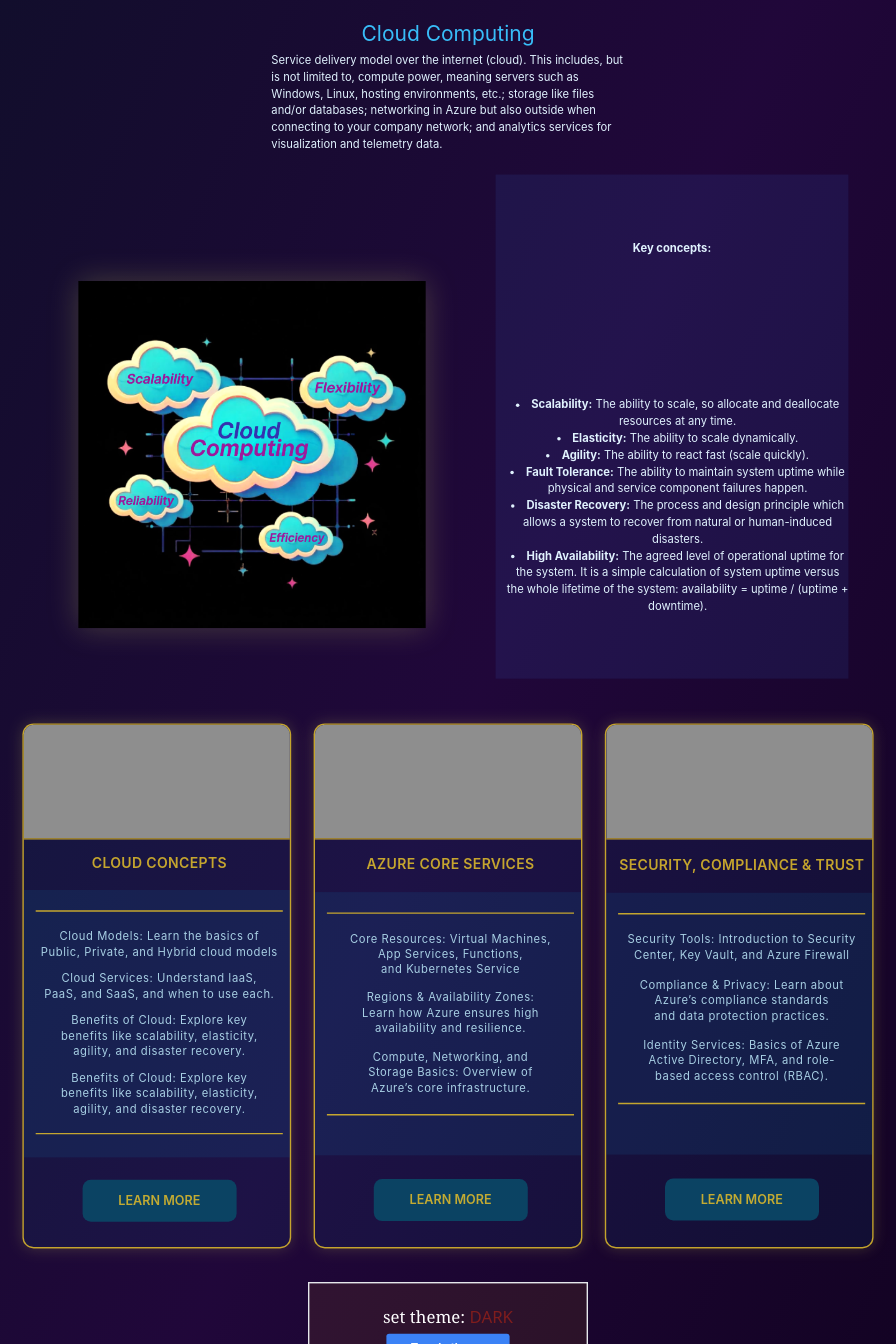
Repository: Freezler/az-900_svelte5
Page: /
The author's editor kept a copy of each file at every save. The page is drawn from the files as they stood at one save, then again after the next save.
The browser window is 1280 px wide. The pictures show the part of the page from y = 338 to 2258 px (the page is 2850 px tall before and 2706 px after), at 70% of full size.
Pictures or frames that could not be fetched are drawn as grey boxes. The project was rebuilt for these pictures with package versions that can differ from the ones it lists, and the page was loaded fresh each time. The framework's server and built-in components were replaced by stand-ins that run in the browser. Also part of the build but not shown: vite.config.ts.

Above is the page before, as saved 2024-11-10 10:38:54.

After the next save:
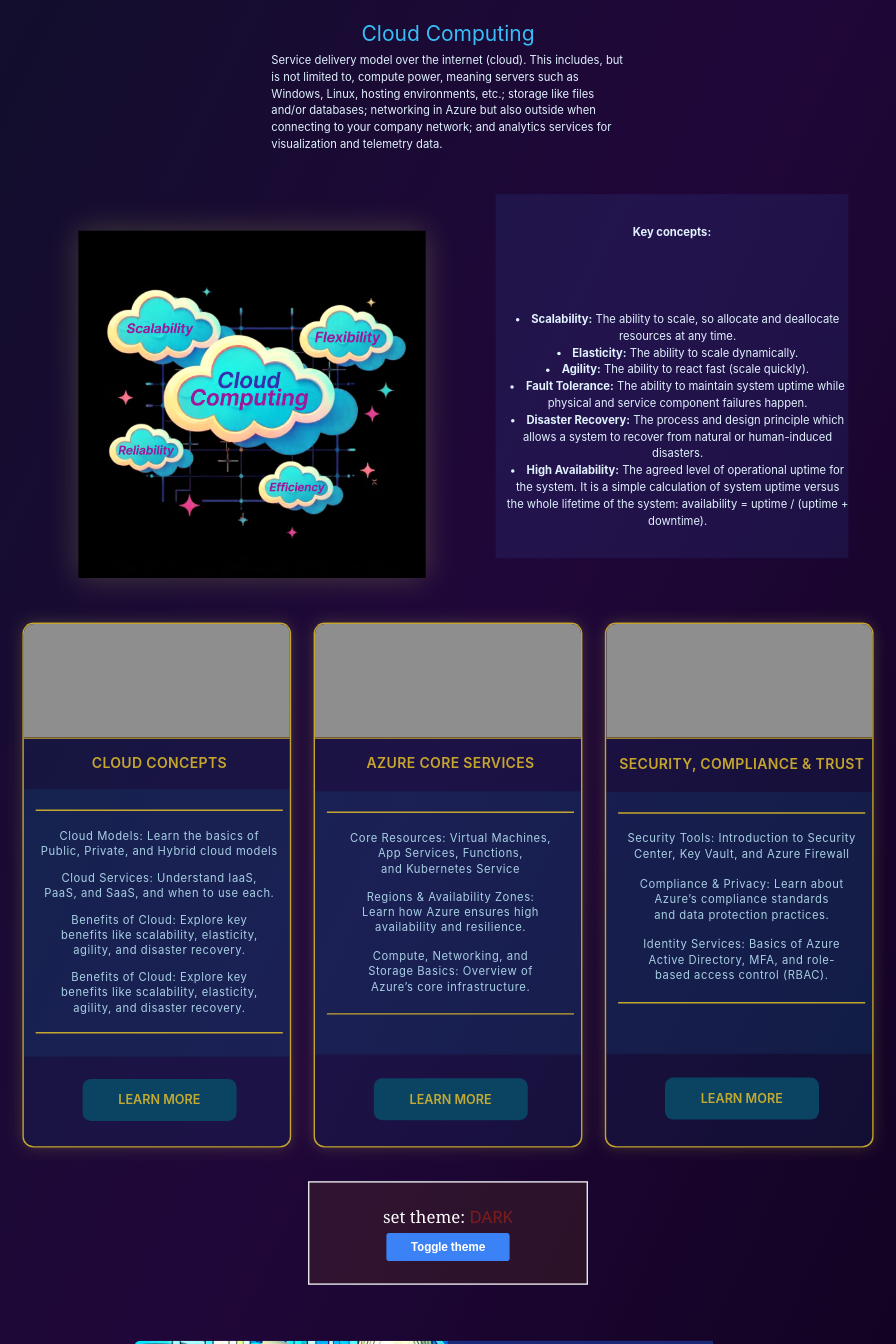
Saved 6 s later.
--- a/src/components/ComputingArticle.svelte
+++ b/src/components/ComputingArticle.svelte
@@ -17,7 +17,7 @@
 		class=" text-sky-100 drop-shadow-[0_0px_22px_rgba(255,255,99,0.2)] "
 	/>
 	<article
-		class="my-8 grid items-center justify-center gap-4 place-self-center bg-blue-500/10  text-sky-100 lg:max-w-[50ch] h-[720px]"
+		class="my-8 grid items-center justify-center gap-4 place-self-center bg-blue-500/10  text-sky-100 lg:max-w-[50ch] h-[520px]"
 	>
 		<p><strong>Key concepts:</strong></p>
 		<ul class="list-inside list-disc pl-4">
